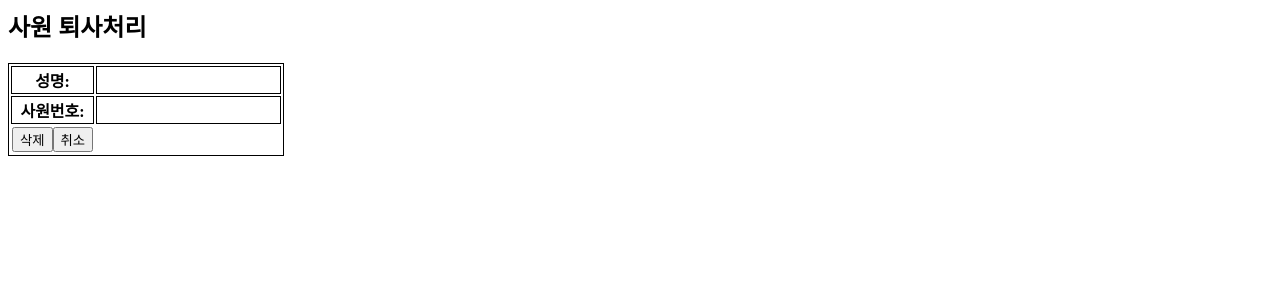
Repository: guguping/finalTestStudy
Page: http://localhost/test1/deleteMemberForm.jsp
These files come from the project's save history. The page is drawn as it stood at one moment and after a run of saves; the edit follows.
The browser window is 1280 px wide. The pictures show the whole page.
The page is served by Tomcat 9.

Above is the page before, as saved 2023-07-28 04:38:34.
Console error (its wording comes from the project's code and is left out).

After the next 2 saves:
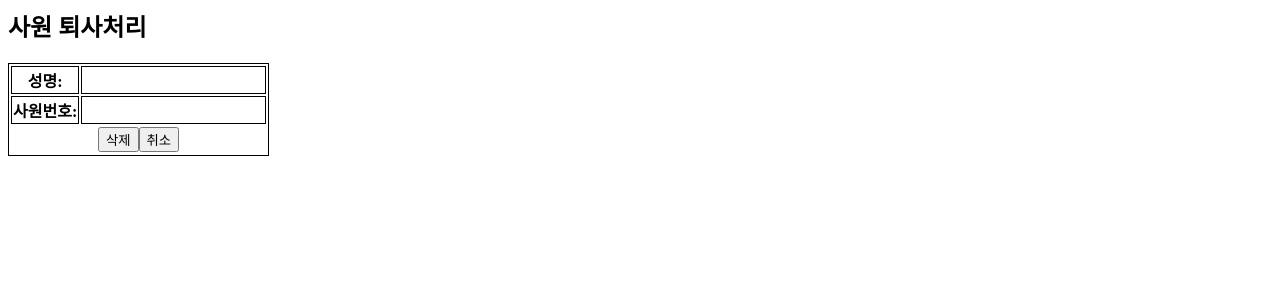
The 2 saves are shown as one change because they came seconds apart.
The last was saved 13 s later.
--- a/test1/src/main/webapp/deleteMemberForm.jsp
+++ b/test1/src/main/webapp/deleteMemberForm.jsp
@@ -33,7 +33,7 @@
 			<th><input type="text" id="id" name="id"></th>
 		</tr>
 		<tr>
-    		<td><button type="submit">삭제</button><button type="button" onclick="location.href='index.jsp">취소</button></td>
+    		<td colspan = "2"><button type="submit">삭제</button><button type="button" onclick="location.href='index.jsp">취소</button></td>
     	</tr>
     </table>
 </form>
